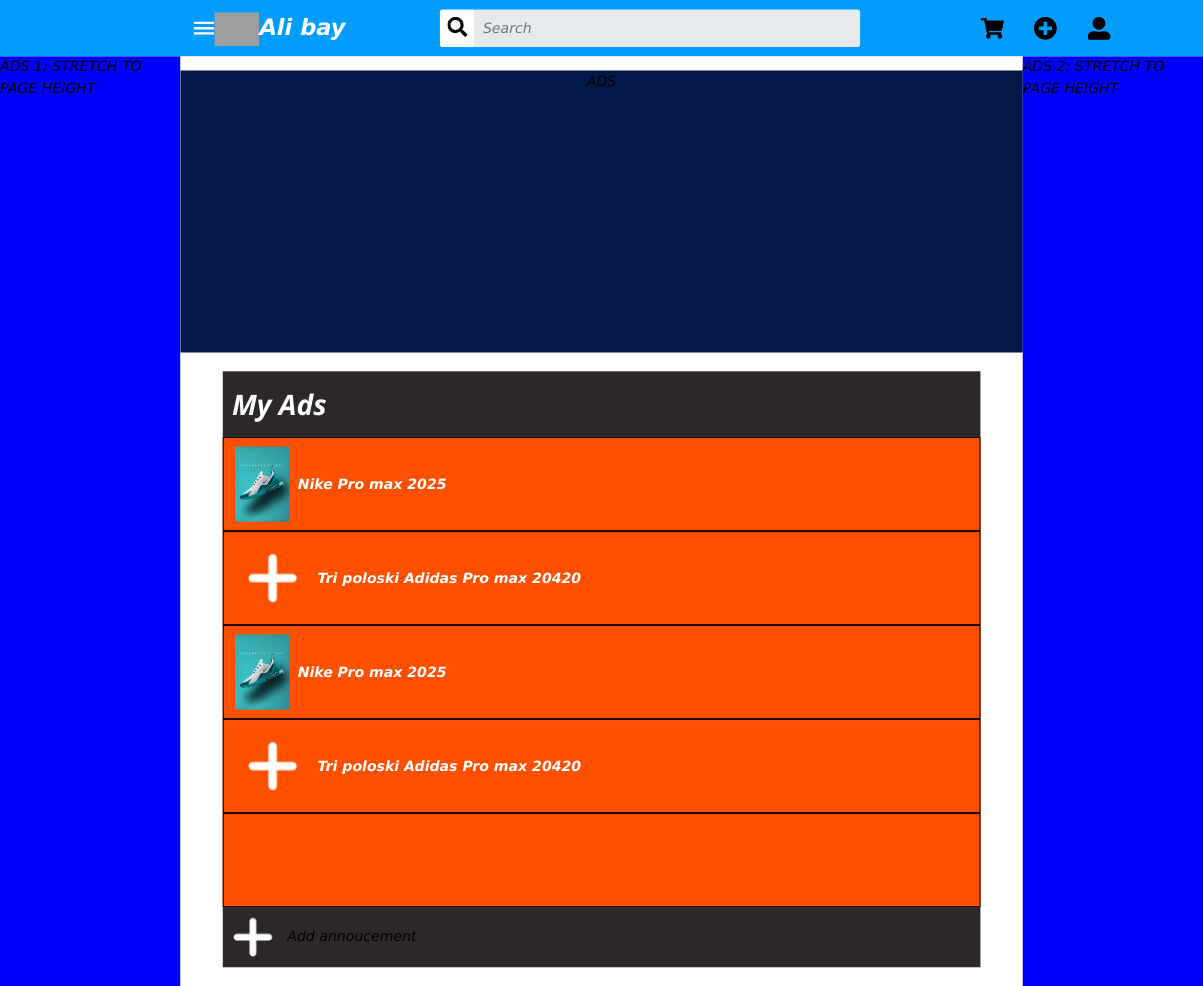
Repository: Aramys21/alibay-site
Page: http://localhost/ad_list.html
These files come from the project's save history. The page is drawn as it stood at one moment and after a run of saves; the edit follows.
The browser window is 1280 px wide. The pictures show the whole page, at 94% of full size.
Pictures or frames that could not be fetched are drawn as grey boxes. The page is served by the project's Node server (index.js).

Above is the page before, as saved 2023-04-05 00:44:00.

### public/ad_list.html
<!DOCTYPE html>
<html>
  <head>
	<link rel="stylesheet" href="src/css/w3.css">
	<link rel="stylesheet" href="src/css/style.css">
	<link rel="stylesheet" href="src/css/style4.css">
    <title>Ads List Page</title>
  </head>
  <body>
	<div class="w3-sidebar w3-bar-block w3-card w3-animate-left side-bar" style="display:none" id="mySidebar">
		<!-- Side bar Menu -->
		<div class="sidebar-language">
			<button class="w3-bar-item w3-button w3-xlarge sidebar">ENG</button>
			<button class="w3-bar-item w3-button w3-xlarge sidebar">FR</button>
			<button class="w3-bar-item w3-button w3-xlarge sidebar">عربي</button>
		</div>
		<!-- contents of side bar -->
		<a class="w3-bar-item sidebar-title">Compte</a>
		<a href="login.html" class="w3-bar-item sidebar-link"><img class="search-icon" src="src/icons/account-white-icon.svg" style="height:12px;"> Login</a>
		<a href="register.html" class="w3-bar-item sidebar-link"><img class="search-icon" src="src/icons/account-add-icon.svg" style="height:12px;"> Register</a>
		<!-- separator -->
		<a class="w3-bar-item sidebar-title">Categories</a>
		<a href="#" class="w3-bar-item sidebar-link"><img class="search-icon" src="src/icons/perfume-icon.svg" style="height:18px;"> Cosmetique et beauté</a>
		<a href="#" class="w3-bar-item sidebar-link"><img class="search-icon" src="src/icons/watch-icon.svg" style="height:18px;"> Accessoire de mode</a>
		<a href="#" class="w3-bar-item sidebar-link"><img class="search-icon" src="src/icons/car-icon.svg" style="height:18px;"> Véhicules</a>
		<a href="#" class="w3-bar-item sidebar-link"><img class="search-icon" src="src/icons/battery-icon.svg" style="height:18px;"> piéces détachées</a>
		<a href="#" class="w3-bar-item sidebar-link"><img class="search-icon" src="src/icons/android-icon.svg" style="height:18px;"> Téléphones</a>
		<a href="#" class="w3-bar-item sidebar-link"><img class="search-icon" src="src/icons/headphones-icon.svg" style="height:18px;"> Accessoires de téléphones</a>
		<a href="#" class="w3-bar-item sidebar-link"><img class="search-icon" src="src/icons/appliance-icon.svg" style="height:18px;"> Electronique et electroménager</a>
		<a href="vetements.html" class="w3-bar-item sidebar-link"><img class="search-icon" src="src/icons/clothes-icon.svg" style="height:18px;"> Vétements</a>
	</div>

   <div id="navbar" class="navbar">
		<a href="#" id="openNav" class="w3-large navbar-first" onclick="menu_click()"><svg width="22" height="14" viewBox="0 0 22 14" fill="none" xmlns="http://www.w3.org/2000/svg">
			<path d="M0.785714 2.57143H21.2143C21.6482 2.57143 22 2.31561 22 2V0.571429C22 0.255821 21.6482 0 21.2143 0H0.785714C0.351754 0 0 0.255821 0 0.571429V2C0 2.31561 0.351754 2.57143 0.785714 2.57143ZM0.785714 8.28571H21.2143C21.6482 8.28571 22 8.02989 22 7.71429V6.28571C22 5.97011 21.6482 5.71429 21.2143 5.71429H0.785714C0.351754 5.71429 0 5.97011 0 6.28571V7.71429C0 8.02989 0.351754 8.28571 0.785714 8.28571ZM0.785714 14H21.2143C21.6482 14 22 13.7442 22 13.4286V12C22 11.6844 21.6482 11.4286 21.2143 11.4286H0.785714C0.351754 11.4286 0 11.6844 0 12V13.4286C0 13.7442 0.351754 14 0.785714 14Z" fill="white"/>
			</svg>
			</a>
		<div class="navbar__logo"><a href="home.html"><img src="src/images/logo-ab.png" style="width:8%;height:auto;"/>Ali bay</a></div>
		<div class="navbar__search">
		<a class="search-icon-link" href="#"><img class="search-icon" src="src/icons/search-icon.svg" style="width:22px;"></a>
		<input type="text" placeholder="Search" class="navbar__search__input"/>
		</div>
		<div class="navbar__links">


			<div class="dropdown">
				<a href="#" class="dropbtn"><img class="nav-icons" src="src/icons/cart-icon.svg"></a>
				<div id="dropdown-cart" class="dropdown-content">
					<p>My Cart</p>
					<a href="#"><img class="search-icon" src="src/icons/clothes-icon.svg"> Link 1</a>
					<a href="#"><img class="search-icon" src="src/icons/watch-icon.svg"> Link 2</a>
					<a href="#"><img class="search-icon" src="src/icons/appliance-icon.svg"> Link 3</a>
				</div>
			</div>

			<div class="dropdown">
				<a href="ad_list.html" class="dropbtn"><img class="nav-icons" src="src/icons/add-icon.svg"></a>
			</div>

			<div class="dropdown">
				<a href="#" class="dropbtn"><img class="nav-icons" src="src/icons/account-icon.svg"></a>
				<div id="dropdown-acc" class="dropdown-content">
					<p>My Account</p>
					<div class="dropdown-acc-info-container">
						<div class="dropdown-acc-icon"><img id="dropdown-account-icon" src="src/icons/account-icon.svg"></div>
						<a id="dropdown-acc-username">WexDex</a>
					</div>

					<a href="#">Disconnect</a>
				</div>
			</div>

      </div>
    </div>
	<script>
		function menu_click() {
		  if (document.getElementById("mySidebar").style.display === "none") {
			  document.getElementById("mySidebar").style.left = "0";
			  document.getElementById("mySidebar").style.width = "15%";
			  document.getElementById("mySidebar").style.display = "block";
		  }
		  else {
			  document.getElementById("mySidebar").style.display = "none";
		  }
		}
		function w3_close() {
			  document.getElementById("mySidebar").style.display = "none";
		}
	</script>

	<!-- Body Start -->
	<div id="container" style="display:flex;">
	<div class="left">ADS 1; STRETCH TO PAGE HEIGHT</div>
	<div class="main">
		<!-- ADS -->
		<div class="ad-box">
			<p>ADS</p>
		</div>
		<!-- main content -->

		<div class="list-container">
			<div class="list-label"><h2>My Ads</h2></div>
			<!-- Item list -->

			<!-- Single item start -->
			<div class="list-item">
				<a><img src="src/images/ades (1).png"></a>
				<a>Nike Pro max 2025</a>
			</div>
			<!-- single item end -->

			<!-- Single item start -->
			<div class="list-item">
				<a><img src="src/images/ades (2).png"></a>
				<a>Tri poloski Adidas Pro max 20420</a>
			</div>
			<!-- single item end -->

			<!-- Single item start -->
			<div class="list-item">
				<a><img src="src/images/ades (1).png"></a>
				<a>Nike Pro max 2025</a>
			</div>
			<!-- single item end -->

			<!-- Single item start -->
			<div class="list-item">
				<a><img src="src/images/ades (2).png"></a>
				<a>Tri poloski Adidas Pro max 20420</a>
			</div>
			<!-- single item end -->
			<a class="list-item link-list-item" href="#" style="color:green">
			<a href="#"><img src="src/images/ades (2).png"></a>
			<a href="#" style="text-decoration: none;">Add annoucement</a>
			</a>
		</div>


	</div>
		<div class="right">ADS 2; STRETCH TO PAGE HEIGHT</div>
	</div>

	<a href="#" class="back-to-top"></a>
	<script>
		const backToTopButton = document.querySelector('.back-to-top');

		window.addEventListener('scroll', () => {
		  if (window.scrollY > 200) {
			backToTopButton.classList.add('show');
		  } else {
			backToTopButton.classList.remove('show');
		  }
		});

		backToTopButton.addEventListener('click', () => {
		  window.scrollTo({ top: 0, behavior: 'smooth' });
		});

	</script>
  </body>
</html>

### index.js
const express = require('express');
const path = require('path');
const app = express();
const mysql = require('mysql');

// Configure body-parser middleware to parse JSON data
app.use(express.json());

const { Client } = require('pg')
const client = new Client({
  user: 'aramys21',
  host: 'dpg-cgllmnu4dade7ecr7uh0-a.frankfurt-postgres.render.com',
  database: 'alibaydb',
  password: 'zoUaEbh1Ynmn7gEFZJCNfrCXOirEVAo7',
  port: 5432,
  ssl: true,
})
client.connect(function(err) {
  if (err) throw err;
  console.log("Connected!");
});

app.use(express.static(path.join(__dirname, 'public')));
// Serve index.html as the homepage
app.get('/', async (req, res) => {
  try {
    res.sendFile(__dirname + '/home.html');
  } catch (err) {
    console.error(err);
    res.status(500).send('Internal server error');
  }
});


// Fetch all rows from the 'users' table
client.query('SELECT * FROM users')
  .then((result) => {
    console.log(result.rows); // prints the rows of the 'users' table
  })
  .catch((err) => {
    console.error('Error:', err);
  })
  .finally(() => {
    //client.end(); // close the client connection
    console.log('L bozo');
  });


  // Route handler for POST request to /register
app.post('/register', (req, res) => {
  // Access the request body data

  // Insert the user data into the users table in the database
  const query = 'INSERT INTO users (username, email, password) VALUES ($1, $2, $3) RETURNING *';
  const values = [req.body.username, req.body.email, req.body.password];

  // Execute the database query
  client.query(query, values)
    .then(result => {
      // Send a response to the client with the inserted user data
      const newUser = result.rows[0];
      res.json({ message: 'User registered successfully.', user: newUser });
    })
    .catch(err => {
      console.error('Error inserting user into database', err);
      res.status(500).json({ error: 'Failed to register user.' });
    });
});

app.listen(3060, () => {
  console.log('Server started on port 3060');
});

### public/src/css/style.css
html,
body {

  font-style: italic;
}

/* Style for the navbar */
  .navbar {
	display: flex;
	justify-content: space-between;
	align-items: center;
	background-color: #009dff;
	color: #fff;
	padding: 10px;
	height: 60px;
  }
  .navbar__logo a {
	font-size: 24px;
	font-weight: bold;
	display: inline;
	color: #fff;
	text-decoration: none;

  }
  .navbar__logo img {
	  width:20% !important;
  }
  .navbar-first {
	  margin-left: 15%;
  }
  .navbar__logo {
	  display: inline;
	  width: 30%;
  }
  .navbar__search {
	  display: flex;
	  width:70%;
  }

  .navbar__search__input {
	/* margin: 0 20px; */
	margin-left: -2px;
	height: 40px;
	border-radius: 3px;
	border: none;
	padding: 0 10px;
	z-index: 1;
  }

  input[type="text"].navbar__search__input {
	margin-right: 20%;
	width: 100% !important;
	background-color: #e5eaed;
  }
  .search-icon-link {
	padding-top: 7px;
	background-color: #ffffff;
	border-radius: 3px;
	border: none;
	padding-left: 8px;
	padding-right: 8px;
  }

  .navbar__links {
	display: flex;
	margin-right: 5%;
  }
  .navbar__links a {
	color: #000;
	text-decoration: none;
	margin-right: 30px;
	font-size: 20px;
	margin-right: 50px;
  }
  .navbar__links a:last-child {
	margin-right: 0;
  }


  .nav-icons {
	  fill: black;
	  color: black;
  }

.side-bar {
	transition: 0.5s;
	background-color: #009dff;
	color: #fff;
}

#navbar {
  transition: margin-left .5s;
  padding: 20px;
}

@media screen and (max-height: 450px) {
  .navbar {padding-top: 15px;}
  .navbar a {font-size: 18px;}
}

/* Drop down */

.dropdown {
  float: left;
  overflow: hidden;
}

.dropdown .dropbtn {
  font-size: 16px;
  border: none;
  outline: none;
  color: white;
  padding: 14px 16px;
  background-color: inherit;
  font-family: inherit;
  margin: 0;
}

.navbar a:hover, .dropdown:hover .dropbtn {

}

.dropdown-content {
  display: none;
  position: absolute;
  background-color: #f9f9f9;
  box-shadow: 0px 8px 16px 0px rgba(0,0,0,0.2);
  z-index: 1;
  right : 10px;
}
#dropdown-cart {
	min-width: 400px;
}
#dropdown-acc {
	min-width: 250px;
}

.dropdown-acc-info-container {
	display: flex;
	align-items: center;
	background-color: #2D2828;
}
.dropdown-acc-info-container a {
	color: white;
	font-size: 20px;

}

.dropdown-acc-icon {
  display: flex;
  justify-content: center;
  align-items: center;
  width: 70px;
  height: 70px !important;
  border-radius: 50%;
  background-color: #FE5000;
  margin-bottom: 5px;
  color: white;
  margin: 5px;
}

.dropdown-acc-icon img {
	fill: #fff;
	color: #fff;
}

.dropdown-content a:not([id="dropdown-acc-username"]),.dropdown-content p,.dropdown-content img {
  float: none;
  color: #fff;
  padding: 6px 10px;
  text-decoration: none;
  display: flex;
  text-align: left;
  margin-right: 0;
  background-color: #FE5000;
}
.dropdown-content img {
	background-color: transparent;
}
.dropdown-content a {
	display: flex;
}

.dropdown-content p {
	background-color: #2D2828;
	margin-bottom: 0;
	margin-top: 0;
	font-size: 20px;
	color: #fff;
}
#dropdown-acc p {
	background-color: #000;
}

.dropdown-content a:hover:not([id="dropdown-acc-username"]),.dropdown-content img:hover {
  background-color: #942B0A;
}
#dropdown-account-icon:hover {
	background-color: transparent;
}

.dropdown:hover .dropdown-content {
  display: block;
}

/* Sidebar */

.sidebar-language button {
	width: 34%;
	font-size: 20px;
}
.sidebar-language {
	display: flex;
	background-color: #0077ff;
	color: #fff;
}
a.sidebar-title, a.sidebar-link {
	text-decoration: none;
}
a.sidebar-link {
	margin-left: 5%;
}
a.sidebar-link:hover {
	background-color: #942B0A;
}


/* Body Structure */
.container {
  justify-content: center;
  align-items: center;
}
.left,
.right {
  display:flex;
  /* height: 100%; */
  width: 15%;
}
.left {
  background-color: blue;
}

.right {
  background-color: blue;
}

.main {
  height: 100%;
  background-color: white;
  width: 70%;
}


/* Content */
.ad-box {
	height:300px;
	background-color: #021947;
	text-align: center;
	align-items: middle;
	margin: auto;
	width:100%;

}

.ad-box img {
	color: #000;
	font-size: 40px;
	margin: auto;
  background-size: cover;
  width: 100%;
  height: 100%;

}
.right img{
  width: 100%;
  height: 100%;

}

/* Categories */

.category-links {
	display: flex;
	justify-content: space-between;
	align-items: center;
  justify-content: center;
	background-color: #2D2828;
	height: 250px;
  padding-top: 10px;
	/* padding-left: 5%;
	padding-right: 5%; */
	flex-wrap: wrap;
	width:auto;
	/* margin-left: 15%; */
	/* margin-right: auto; */
}

.category-link {
  display: flex;
  flex-direction: column;
  justify-content: center;
  align-items: center;
  text-align: center;
  width: 100px;
  height: 120px;
  text-decoration: none;
  font-weight: bold;
  font-size: 1.2em;
  margin-right: 10px;
}

.category-icon {
  display: flex;
  justify-content: center;
  align-items: center;
  width: 70px;
  height: 70px !important;
  border-radius: 50%;
  background-color: #009dff;
  margin-bottom: 5px;
  color: white;
}
.category-icon.active-category {
  background-color: #8CBE39;
}

.category-icon img {
	fill: #fff;
	color: #fff;
}
.icn{
color: #fff;
fill: #fff;
height: 75% ;
}
.category-text {
  display: flex;
  text-overflow: ellipsis;
  overflow: hidden;
  word-wrap: break-word;
  color: white;
  font-size: 1rem;
  height: 50px;
}
/* Filter Bar */
.filter-container {
	/* width: 80%; */
	margin: auto;
	margin-top: 20px;
	display: flex;
	justify-content: center;
}
.filter-bar {
	display: flex;
	width: 40%;
	margin-right: 10%;
}
.filter-bar input {
	width: 100%;
	background-color: #009dff;
	border: none;
	color: white;
	border-top-left-radius: 5px;
	border-bottom-left-radius: 5px;
}

.filter-search-icon-link {
	padding: 8px;
	background-color: #08024f;
	border-top-right-radius: 3px;
	border-bottom-right-radius: 3px;
	border: none;
  }
/* Filter Dropdown */
.filter-dropdown {
  position: relative;
  display: inline-block;
}

.filter-btn {
  background-color: #009dff;
  color: white;
  padding: 10px;
  border: none;
  cursor: pointer;
  border-radius: 15px;
  font-size: 18px;
}

.filter-content {
  display: none;
  position: absolute;
  background-color: #009dff;
  min-width: 200px;
  z-index: 1;
  padding: 10px;
  box-shadow: 0px 8px 16px 0px rgba(0,0,0,0.2);
  border: black solid 1px;
}
.filter-content select,.filter-content input {
	background-color: #2D2828;
	color: white;
}

.filter-content form {
  margin: 0;
}

.filter-content label {
  display: block;
  font-weight: bold;
  margin-bottom: 5px;
}

.filter-content select, .filter-content input {
  display: block;
  margin-bottom: 10px;
  width: 100%;
  padding: 5px;
  border: 1px solid #ccc;
  border-radius: 4px;
  box-sizing: border-box;
}

.filter-content button[type=submit] {
  background-color: #4CAF50;
  color: white;
  border: none;
  padding: 10px;
  cursor: pointer;
}

.filter-dropdown:hover .filter-content {
  display: block;
}


/* Products List */
.product-list {
	display: flex;
	flex-wrap: wrap;
	justify-content: space-between;
	padding-left: 10%;
	padding-right: 10%;
	padding-top: 5%;
	width:100%;
}

.product-card {
  width: calc((100% / 3) - 20px);
  margin-bottom: 20px;
  box-shadow: 0 0 5px rgba(0, 0, 0, 0.2);
  border-radius: 5px;
  overflow: hidden;
  background-color: #006afe;
}

.product-card-img {
  display: block;
  width: 100%;
  height: 350px;
}

.product-card h2 {
  font-size: 1.2em;
  margin: 10px;
}

.product-card p {
  font-size: 0.9em;
  margin: 10px;
  color: #555;
}

.product-icons {
	display: flex;
	align-items: center;
	width: 50%;
}

.product-card a.card-icon-links {
  margin-left: 20px;
  padding: 20px 0px;
  border: none;
  color: white;
  font-weight: bold;
  border-radius: 5px;
  cursor: pointer;
}

.card-icons img {
	width: 33%;
	height: 33%;
}

/* Back to Top button */
.back-to-top {
  display: none;
  position: fixed;
  bottom: 20px;
  right: 20px;
  width: 50px;
  height: 50px;
  background-color: #007bff;
  color: white;
  border-radius: 50%;
  text-align: center;
  line-height: 50px;
  font-size: 24px;
  cursor: pointer;
  z-index: 9999;
  transition: opacity 0.4s ease-in-out;
  text-decoration: none;
}

.back-to-top:before {
  content: "\2191";
  font-family: Arial, sans-serif;
  font-weight: bold;
}

.back-to-top:hover {
  opacity: 0.8;
}

.back-to-top.active {
  display: block;
}


.back-to-top.show {
  display: block;
  opacity: 1;
}

### public/src/css/style4.css
.list-container {
	width: 90%;
	background-color: #2D2828;
	margin: auto;
	margin-top: 20px;
	margin-bottom: 20px;
}

.list-label {
	min-height: 70px;
	max-height: 70px;
	display: flex;
    align-items: center;
}

.list-item {
	min-height: 100px;
	max-height: 100px;
	display: flex;
    align-items: center;
	background-color: #FE5000;

	border: black solid 1px;
}

.list-item img {
	height: 80px;
	margin-left: 3%;
}

.list-container h2 {
	color: white;
	font-weight: bold;
	margin-left: 10px;
}

.list-item a {
	color: white;
	font-size: 30;
	font-weight: bold;
	margin-left: 10px;
}

### public/src/icons/appliance-icon.svg
<svg width="25" height="25" viewBox="0 0 25 25" fill="none" xmlns="http://www.w3.org/2000/svg" xmlns:xlink="http://www.w3.org/1999/xlink">
<rect width="25" height="25" fill="url(#pattern0)"/>
<defs>
<pattern id="pattern0" patternContentUnits="objectBoundingBox" width="1" height="1">
<use xlink:href="#image0_91_182" transform="scale(0.00195312)"/>
</pattern>
<image id="image0_91_182" width="512" height="512" xlink:href="data:[embedded picture, 14958 characters]"/>
</defs>
</svg>

Loaded but not shown: public/src/css/w3.css (library); public/src/icons/android-icon.svg (3 lines, source omitted); public/src/icons/car-icon.svg (3 lines, source omitted); public/src/icons/battery-icon.svg (3 lines, source omitted); public/src/icons/account-add-icon.svg (3 lines, source omitted); public/src/icons/headphones-icon.svg (3 lines, source omitted); public/src/icons/cart-icon.svg (3 lines, source omitted); public/src/icons/search-icon.svg (3 lines, source omitted); public/src/icons/add-icon.svg (3 lines, source omitted); public/src/icons/clothes-icon.svg (3 lines, source omitted); public/src/icons/account-icon.svg (3 lines, source omitted); public/src/icons/account-white-icon.svg (3 lines, source omitted); public/src/icons/perfume-icon.svg (9 lines, source omitted); public/src/icons/watch-icon.svg (9 lines, source omitted)

After the next 2 saves:
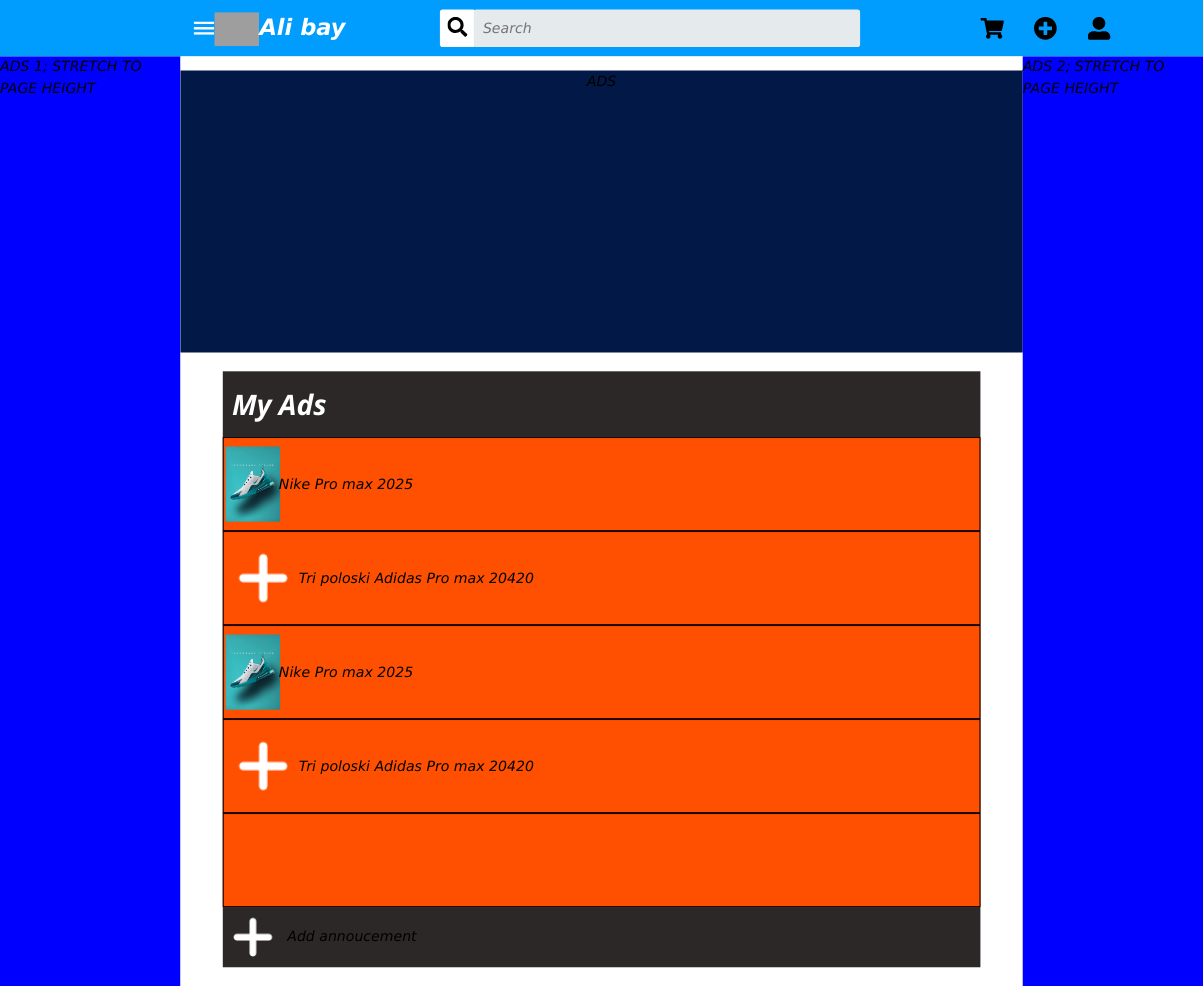
The 2 saves are shown as one change because they came seconds apart.
The last was saved 14 s later.
--- a/public/src/css/style4.css
+++ b/public/src/css/style4.css
@@ -33,7 +33,7 @@
 	font-weight: bold;
 	margin-left: 10px;
 }
-
+a.list-item
 .list-item a {
 	color: white;
 	font-size: 30;

After the 2 saves that followed:
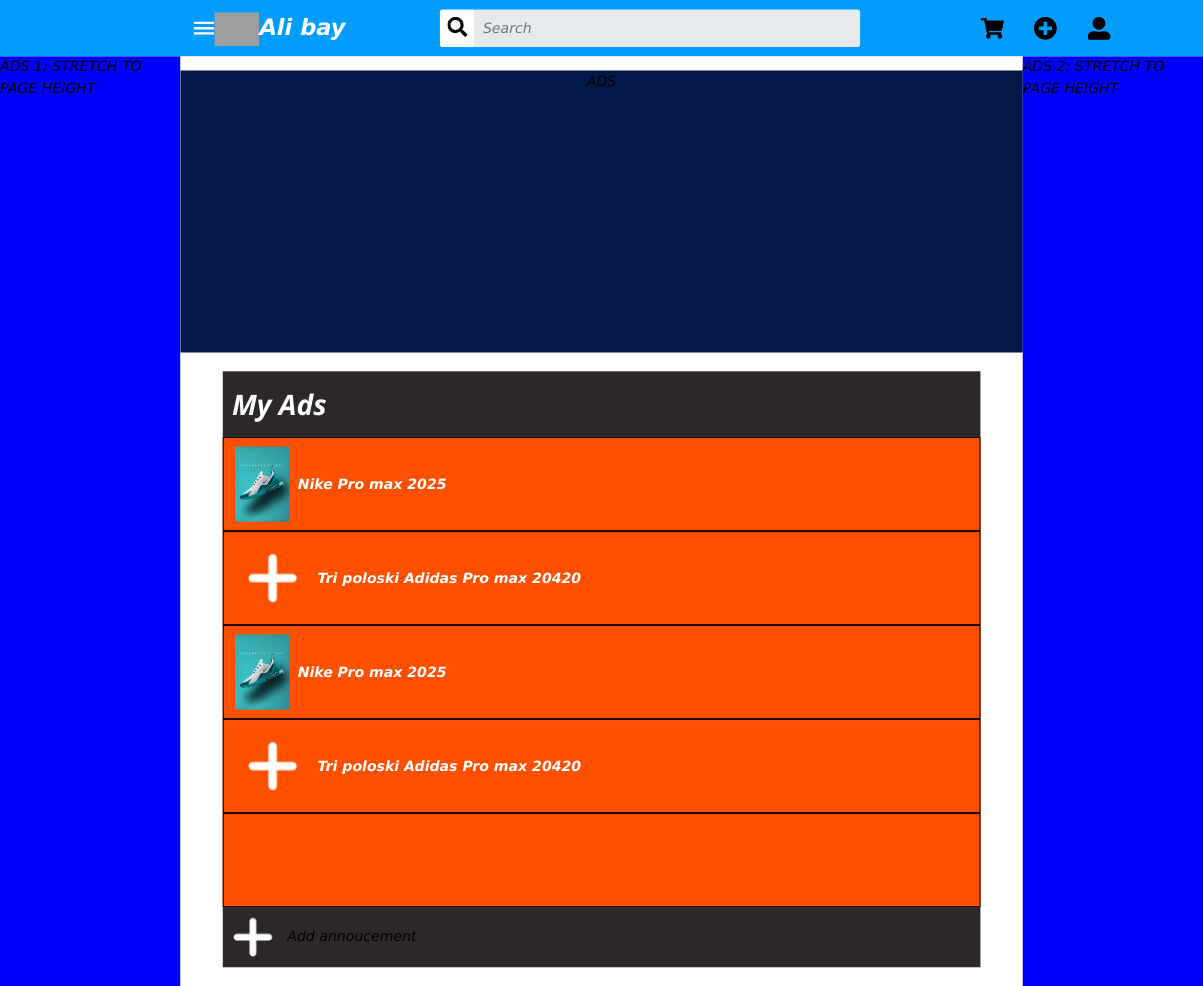
The 2 saves are shown as one change because they came seconds apart.
The last was saved 9 s later.
--- a/public/src/css/style4.css
+++ b/public/src/css/style4.css
@@ -33,7 +33,9 @@
 	font-weight: bold;
 	margin-left: 10px;
 }
-a.list-item
+a.link-list-item {
+
+}
 .list-item a {
 	color: white;
 	font-size: 30;
